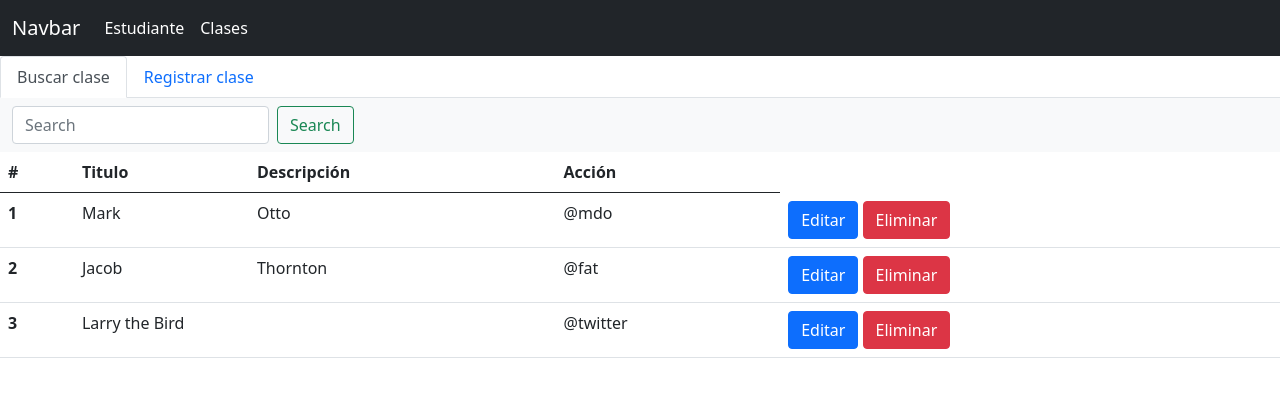
Repository: PabloTPZ/DigitalBolivia
Page: http://localhost/RegisterStudents/class.jsp
These files come from the project's save history. The page is drawn as it stood at one moment and after the next save; the edit follows.
The browser window is 1280 px wide. The pictures show the whole page.
Some web libraries are served in a nearby version. The page is served by Tomcat 9.

Above is the page before, as saved 2021-02-05 03:15:39.

After the next save:
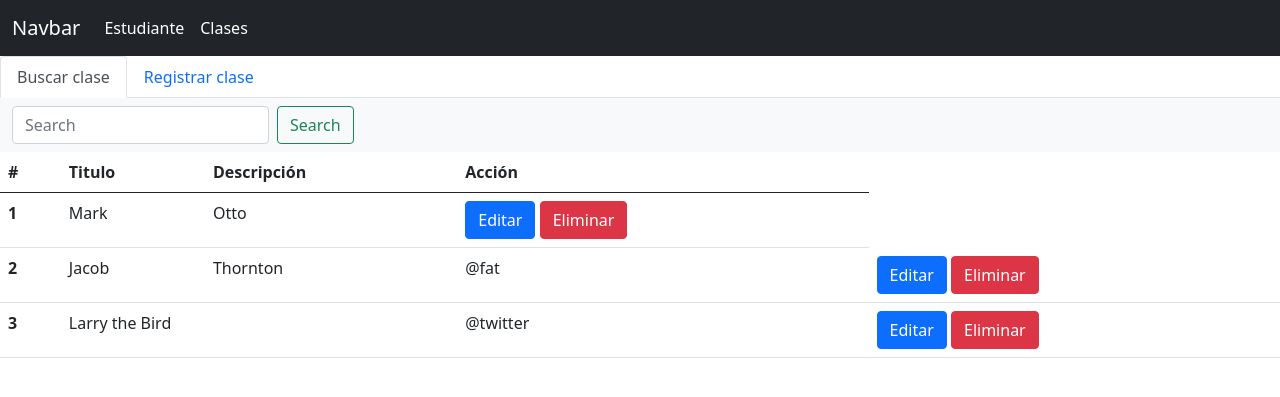
Saved 11 s later.
--- a/RegisterStudents/WebContent/class.jsp
+++ b/RegisterStudents/WebContent/class.jsp
@@ -63,7 +63,6 @@
       <th scope="row">1</th>
       <td>Mark</td>
       <td>Otto</td>
-      <td>@mdo</td>
       <td>
       <button type="button" class="btn btn-primary">Editar</button>
 	  <button type="button" class="btn btn-danger">Eliminar</button>
